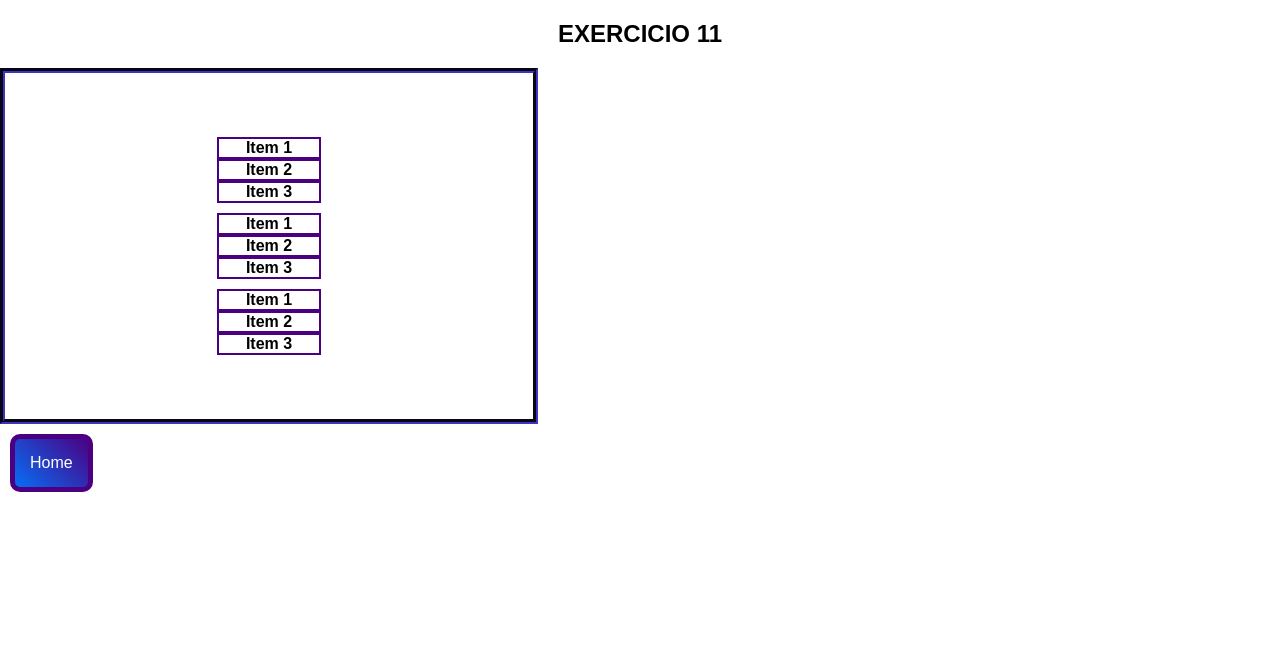
Repository: Elianmrey/TP1-Mobile-First
Page: EXERCISES/EX_11/index.html
The author's editor kept a copy of each file at every save. The page is drawn from the files as they stood at one save, then again after a run of saves.
The browser window is 1280 px wide. The pictures show the whole page.

Above is the page before, as saved 2024-08-04 22:50:43.

### EXERCISES/EX_11/index.html
<!DOCTYPE html>
<html lang="en">

<head>
  <link href="style.css" rel="stylesheet" type="text/css" />
  <meta charset="UTF-8">
  <meta name="viewport" content="width=device-width, initial-scale=1.0">
  <title>Document</title>
</head>
<body>

  <div class="titulo">
    <h2>EXERCICIO 11</h2>
  </div>

  <div class="container-principal">

    <div class="container-horizontais">

  <div class="item">Item 1</div>
  <div class="item">Item 2</div>
  <div class="item">Item 3 </div>

</div>

<div class="container-horizontais">

<div class="item">Item 1</div>
<div class="item">Item 2</div>
<div class="item">Item 3 </div>
</div>

<div class="container-horizontais">

  <div class="item">Item 1</div>
  <div class="item">Item 2</div>
  <div class="item">Item 3 </div>
</div>

  </div>
<a href="/../index.html" class="link-home">Home</a>
</body>

</html>

### EXERCISES/EX_11/style.css
body
{
margin: 0;
padding: 0;
font-family: sans-serif;
}
.titulo
{
  text-align: center;
}

.container-principal
{
  display: flex;
  flex-direction: column;
  justify-content: space-between;
  gap: 10px;
  border: groove 5px rgb(36, 29, 107);
  padding: 5%;
  width: 400px;
  justify-content:  center;
  align-items: center;
}
.container-verticais
{
  display: flex;
  flex-direction: row;
  border: groove 5px blue;
  gap: 10px;
  width: 200px;
  height: 150px;
  justify-content: center;
  align-items: center;
  padding: 20px;
}

 .item
 {
display: flex;
justify-content: center;
width: 100px;
list-style: none;
font-family: sans-serif;
font-weight: 600;
border: solid 2px indigo;
}

.link-home
{
  position: absolute;
  margin: 10px;
  padding: 15px;
  text-decoration: none;
  color: white;
  border: solid 5px indigo;
  border-radius: 10px;;
  background: linear-gradient(45deg, rgb(6, 110, 245), rgb(74, 1, 133))
}

After the next 2 saves:
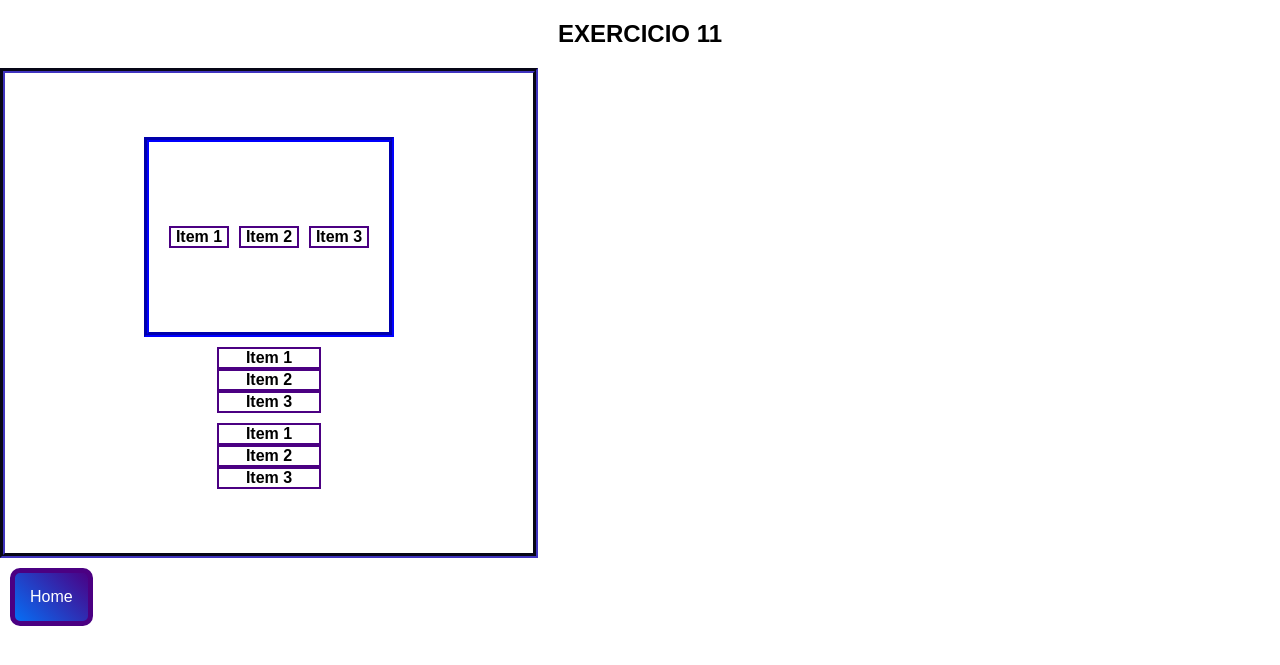
The 2 saves are shown as one change because they came seconds apart.
The last was saved 17 s later.
--- a/EXERCISES/EX_11/index.html
+++ b/EXERCISES/EX_11/index.html
@@ -15,7 +15,7 @@
 
   <div class="container-principal">
 
-    <div class="container-horizontais">
+    <div class="container-verticais">
 
   <div class="item">Item 1</div>
   <div class="item">Item 2</div>
